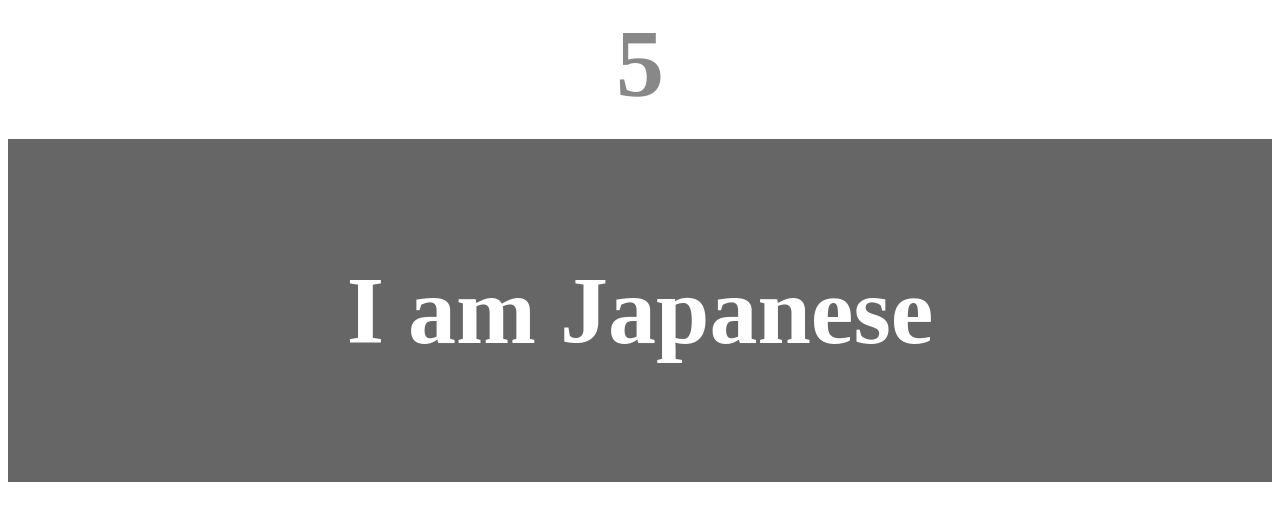
Repository: BenBen-san/Typing-Game
Page: 2nd_Trial/typing_app2.html
The author's editor kept a record of every edit. The page is drawn from the files as they stood at one moment, then again after the next edit.
The browser window is 1280 px wide. The pictures show the whole page.
After loading, the first visible `#start` was clicked once.

Above is the page before.

### 2nd_Trial/typing_app2.html
<!DOCTYPE html>
<html lang="ja">
<head>
    <meta charset="UTF-8">
    <title>タイピングアプリ</title>

    <style>

        body{
            font-size: 6em;
            text-align: center;
        }


        #count{
            margin: 0;
            font-weight: bold;
            color: #888;
        }

        #wrap{
            margin-top: 20px;
            padding: 20px 10px;
            background-color: #666;
            font-weight: bold;
            color: #fff;
        }

        span{
            transition: all 300ms 0s ease;
        }

        .add-color{
            font-size: 0.5em;
            color: #666;
        }

    </style>

</head>
    <p id="count">5</p>

    <div id=wrap>
        <p id="text"></p>
    </div>
    <button id="start">スタート</button>

    <script>

    //必要なHTML要素の取得
    const wrap = document.getElementById('wrap');
    const start = document.getElementById('start');

    const textLists = [
        'Hello World','This is my App','How are you?',
        'Today is sunny','I love JavaScript!','Good morning',
        'I am Japanese','Let it be','Samurai',
        'Typing Game','Information Technology',
        'I want to be a programmer','What day is today?',
        'I want to build a web app','Nice to meet you',
        'Chrome Firefox Edge Safari','machine learning',
        'Brendan Eich','John Resig','React Vue Angular',
        'Netscape Communications','undefined null NaN',
        'Thank you very much','Google Apple Facebook Amazon',
        'ECMAScript','console.log','for while if switch',
        'var let const','Windows Mac Linux iOS Android',
        'programming'
        ];　　//複数のテキストを格納する配列

    let checkTexts = [];

    let score = 0

    const createText = () => {

        const p = document.getElementById('text');

        const rnd = Math.floor(Math.random() * textLists.length);

        p.textContent = '';

        checkTexts = textLists[rnd].split('').map(value => {

            const span = document.createElement('span');

            span.textContent = value;

            p.appendChild(span);

            //１文字ずつcheckTextsに格納していく

            return span;
        })

    };



    const keyDown = e => {

        if(e.key === checkTexts[0].textContent){
            checkTexts[0].className = 'add-color';

            checkTexts.shift();

            score++

            if(!checkTexts.length) createText();
        }else if(e.key === 'Shift'){
            wrap.style.backgroundColor = '#666';
        }else {
            wrap.style.backgroundColor = 'red';
        }
    };　//キーイベント＆入力判定処理

    const rankCheck = score => {

            let text = '';

            if(score < 100){
                text = 'あなたのランクはCです。\nBランクまであと$(100 - score)文字です。';
            }else if(score < 200){
                text = 'あなたのランクはBです。\nAランクまであと$(200 - score)文字です。';
            }else if(score < 300){
                text = 'あなたのランクはCです。\nSランクまであと$(300 - score)文字です。';
            }else if(score >= 300){
                text = 'あなたのランクはSです。\nおめでとうございます！';
            }

            return '${score}文字打てました！\n${text}\n【OK】リトライ／【キャンセル】終了';

        };


    const gameOver = id => {

        clearInterval(id);

        const result = confirm(rankCheck(score));

        if(result) window.locaton.reload();




    };　//ゲームの終了処理

    const timer = () => {

        let time = 5

        const count = document.getElementById('count');

        const id = setInterval(() => {

        if(time <= 0) gameOver(id);

        count.textContent = time--;


        }, 1000);


    };　//タイマー処理

    start.addEventListener('click', () => {

        timer();

        createText();

        start.style.display = 'none';

        //キーボードのイベント処理

        document.addEventListener('keydown', keyDown);



    });　//ゲームスタート時の処理

    </script>

<body>

</body>
</html>

After the next edit:
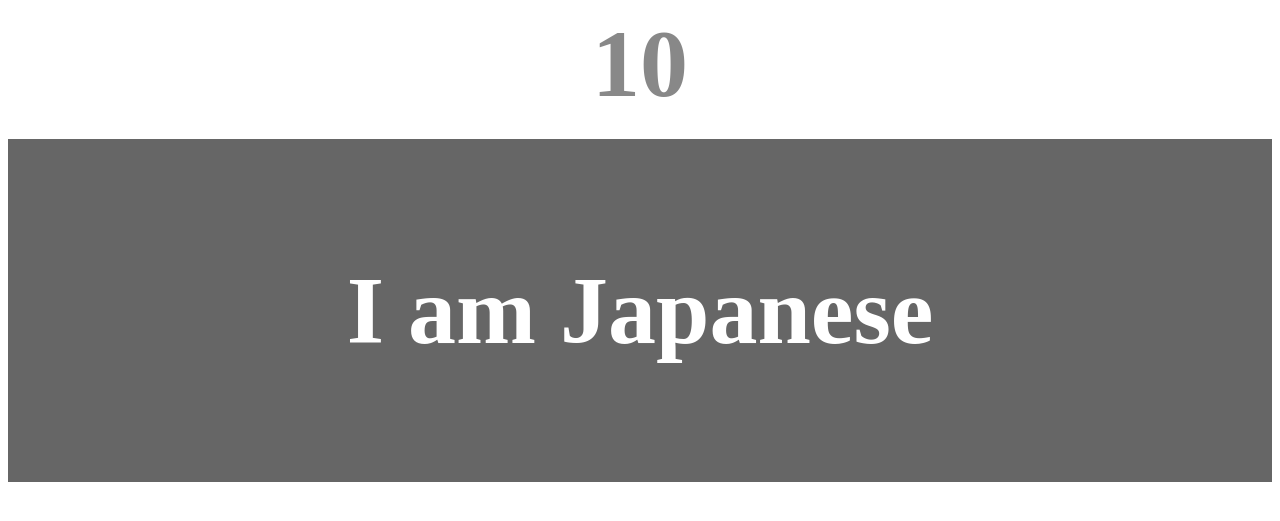
The edit:
--- a/2nd_Trial/typing_app2.html
+++ b/2nd_Trial/typing_app2.html
@@ -147,7 +147,7 @@
 
     const timer = () => {
 
-        let time = 5
+        let time = 10
 
         const count = document.getElementById('count');
 
